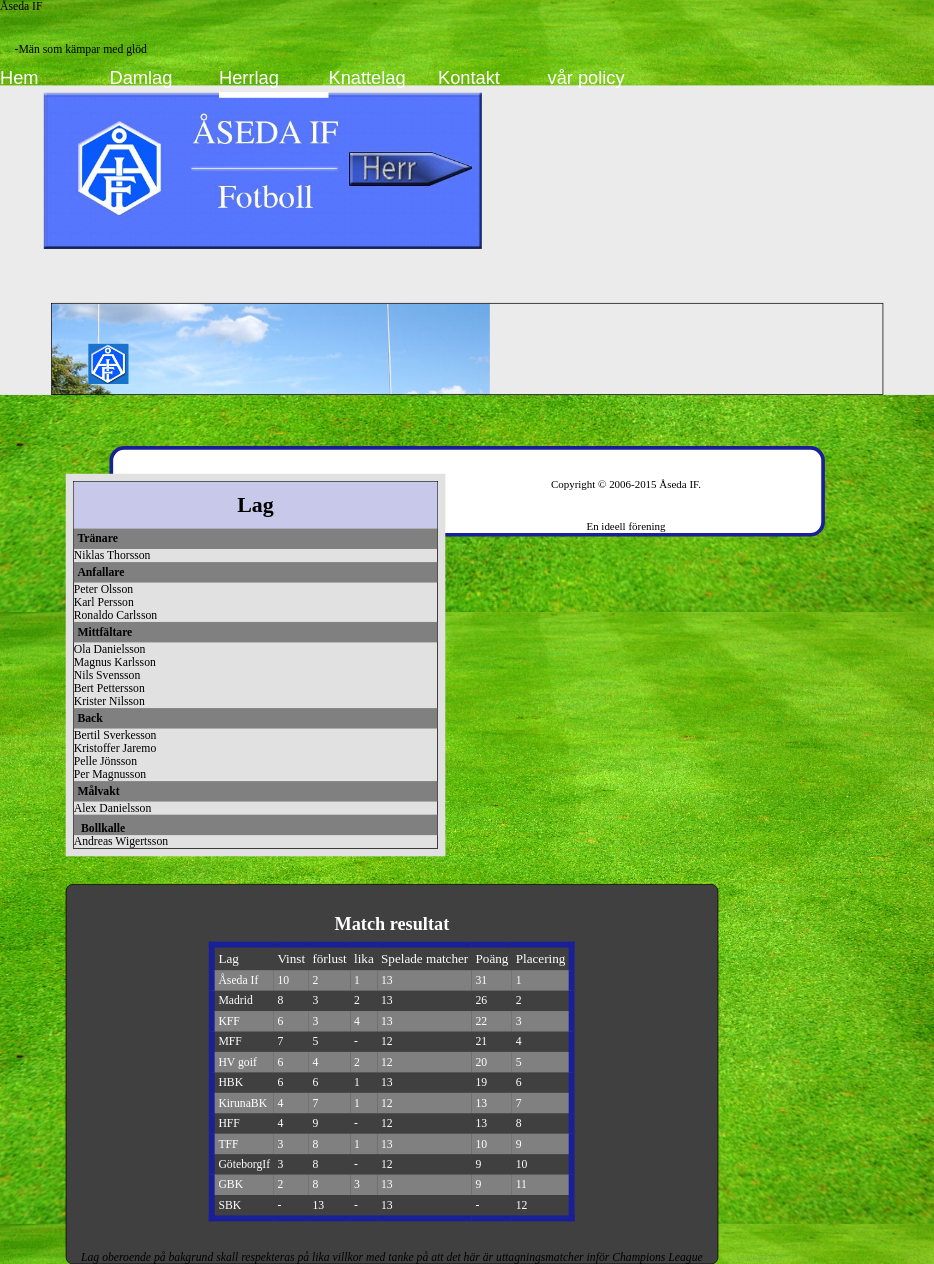
Repository: alexanderdanielsson28/ProjektAsedaIF
Page: html/Herrlag.html
The author's editor kept a record of every edit. The page is drawn from the files as they stood at one moment, then again after the next edit.
The browser window is 1280 px wide. The pictures show the whole page, at 73% of full size.
Backgrounds fixed to the window are drawn as part of the page.

Above is the page before.

After the next edit:
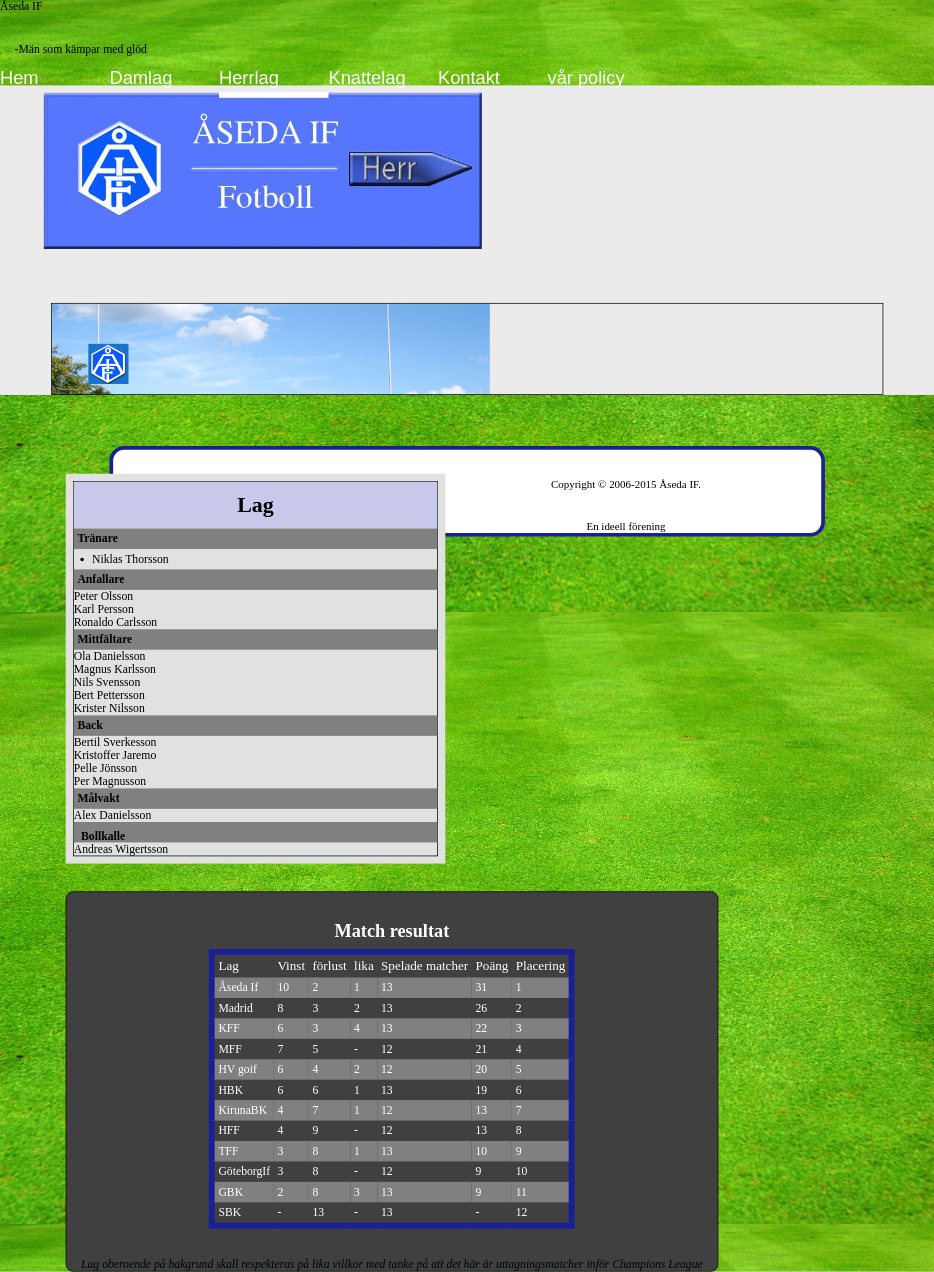
The edit:
--- a/html/Herrlag.html
+++ b/html/Herrlag.html
@@ -63,7 +63,7 @@
             <section id="sece">
                 <h3 id="headboll">Lag</h3>
                 <h4 id="train" class="gro">Tränare</h4>
-                <ol id="listen">
+                <ol class="listen">
                     <li class="lag" id="trenare">Niklas Thorsson</li>
                 </ol>
                 <h4 id="head4" class="gro">Anfallare</h4>
